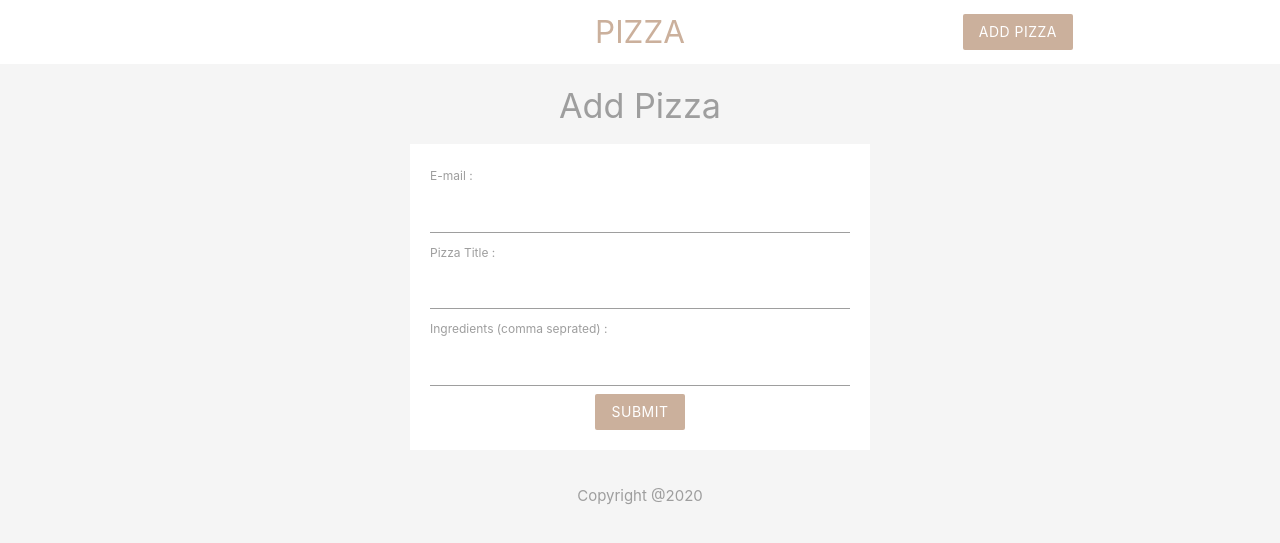
Repository: prathmeshgodbole/php
Page: http://localhost/add.php
An editor plug-in stored every save of this project. The page is shown before and after a run of saves, followed by the edit.
The browser window is 1280 px wide. The pictures show the whole page.
The page is run by PHP 8.4 with error messages shown; the project is at /var/www/html/.

Above is the page before, as saved 2020-10-12 15:25:14.

After the next 2 saves:
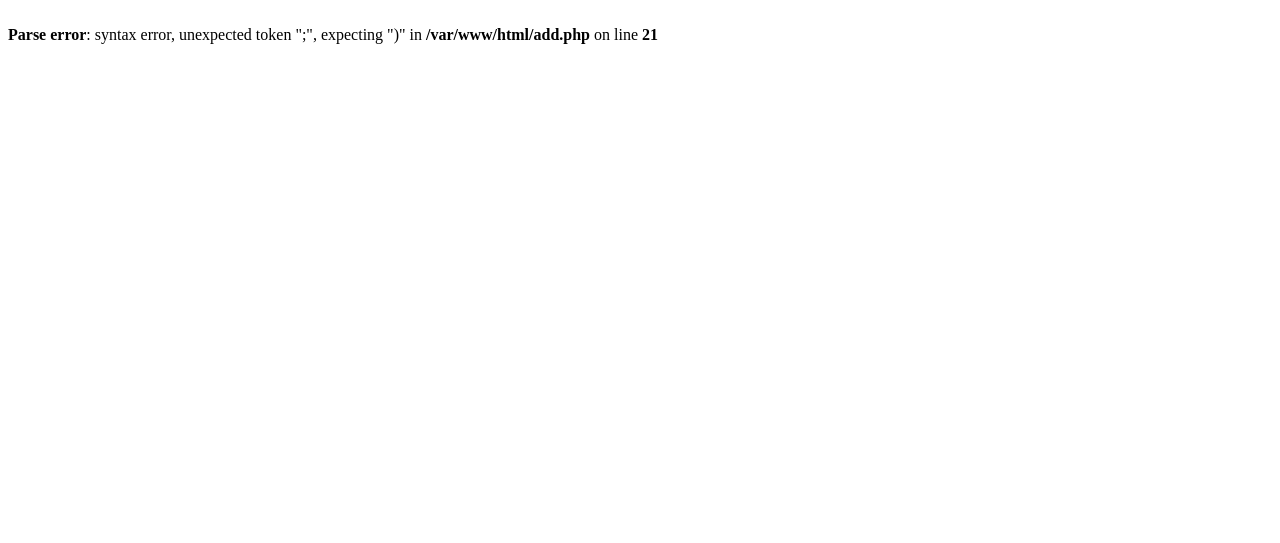
The 2 saves are shown as one change because they came seconds apart.
The last was saved 11 s later.
--- a/add.php
+++ b/add.php
@@ -18,7 +18,7 @@
 //XSS Method
 if(isset($_POST['submit'])){
     echo htmlspecialchars($_POST['email']);
-    echo $_POST['title'];
+    echo  htmlspecialchars($_POST['title'];
     echo $_POST['ingredients'];
     }
 
